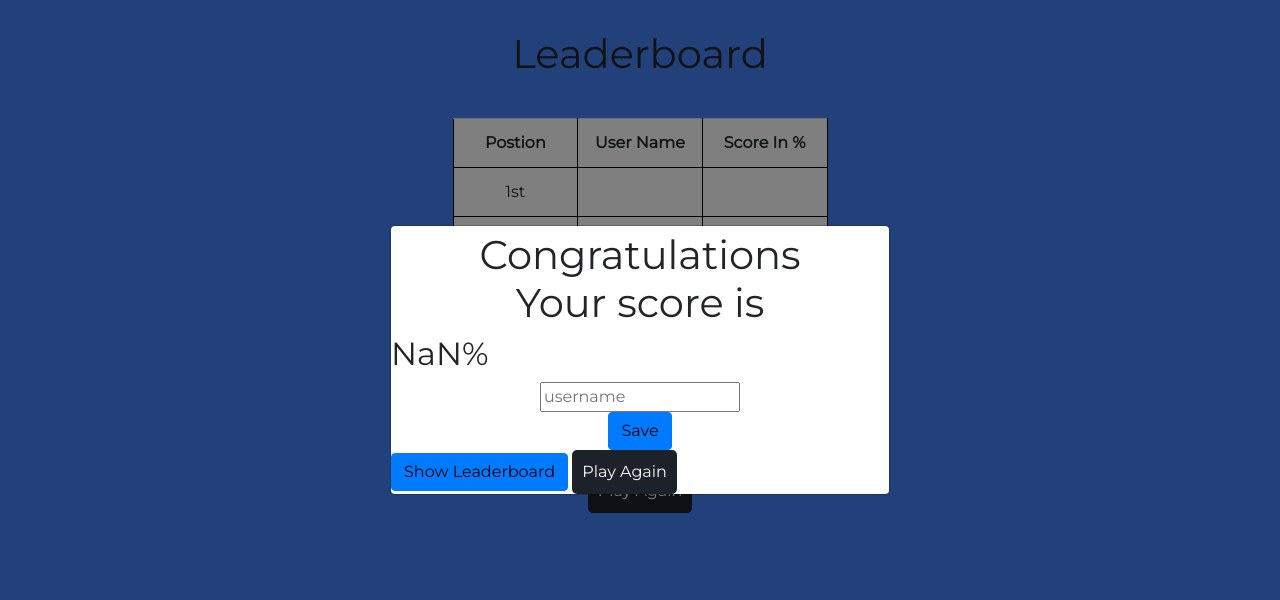
Repository: Code-Institute-Submissions/quiz-1
Page: leaderboard.html
The author's editor kept a record of every edit. The page is drawn from the files as they stood at one moment, then again after the next edit.
The browser window is 1280 px wide. The pictures show the window.
A layer covers the whole window, so only the first screen is drawn.

Above is the page before.

After the next edit:
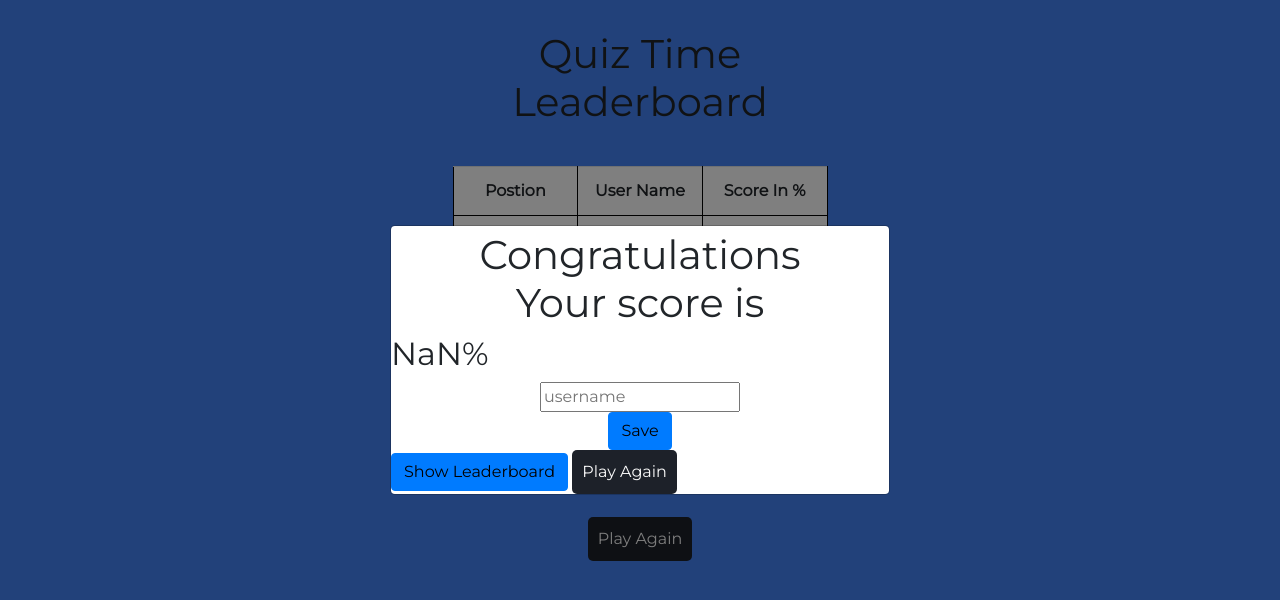
The edit:
--- a/leaderboard.html
+++ b/leaderboard.html
@@ -40,7 +40,7 @@
             </div>
         </div>
         <div class="table">
-            <caption><h1 class="leaderboard-title">Leaderboard</h1></caption>
+            <caption><h1 class="leaderboard-title">Quiz Time<br>Leaderboard</h1></caption>
             <table id="highScores">
                 <tr>
                     <th>Postion</th>
